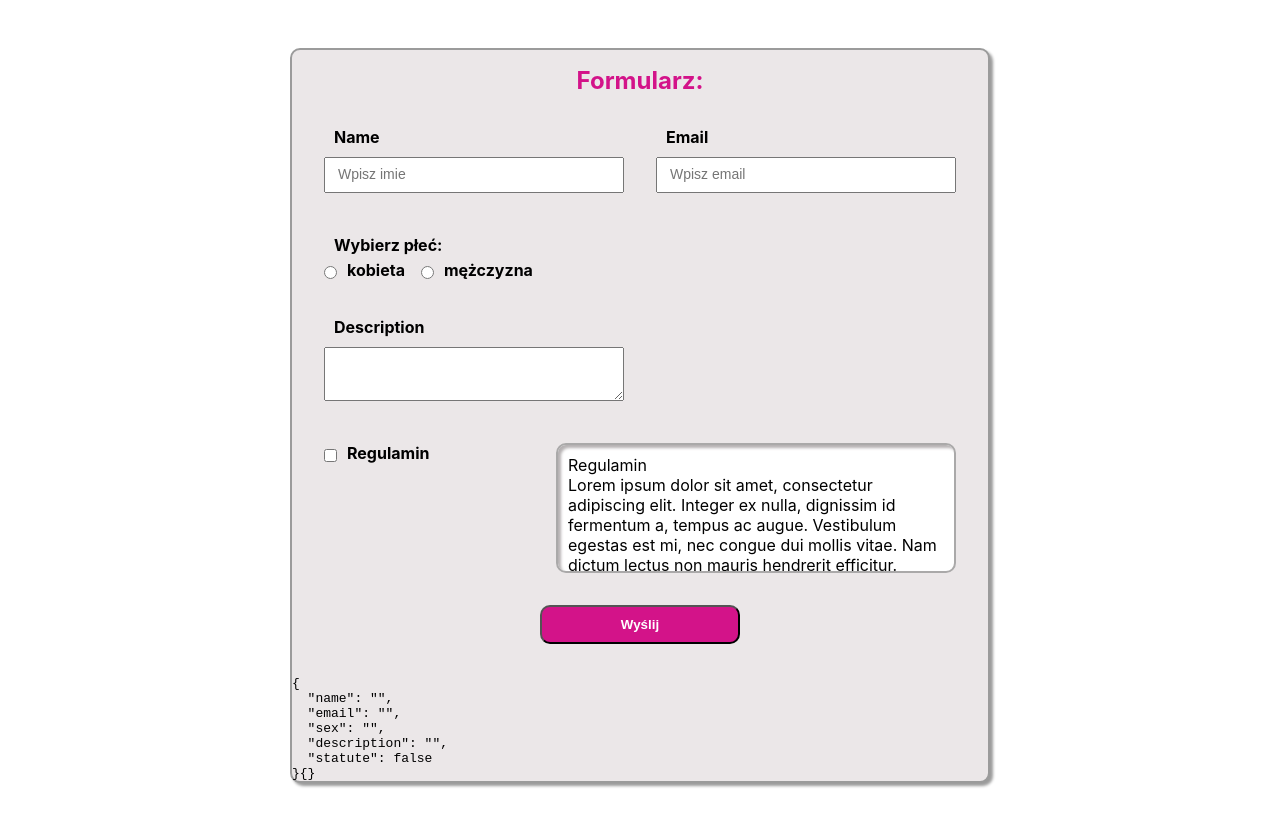
Repository: KrzysKolo/sr_tydzien4_zad3
Page: /
These files come from the project's save history. The page is drawn as it stood at one moment and after the next save; the edit follows.
The browser window is 1280 px wide. The pictures show the whole page.
The project was rebuilt for these pictures with package versions that can differ from the ones it lists, and the page was loaded fresh each time. Also part of the build but not shown: src/components/FormComponents/TextError.js.

Above is the page before, as saved 2020-11-19 14:26:13.

### src/App.js
import React from 'react';
import './App.css';
import FormikContainer from './components/Formik/FormikContainer';
import Header from './components/Header';
const App = () => {
  return (
    <main className="App">
      <Header />
      <FormikContainer />
    </main>
   );
}

export default App;

### src/App.css
* {
  margin: 0;
  padding: 0;
  box-sizing: border-box;
}
.App {
  margin: 3rem auto;
  width: 700px;
  background-color: rgb(235, 231, 232);
  border: 2px solid rgb(155, 155, 155);
  border-radius: 10px;
  box-shadow: 3px 3px 3px rgb(155, 155, 155);
}
.section {
  display: flex;
  flex-direction: row;
  margin: 2rem 2rem;
  justify-content: space-between;
}
label {
  font-weight: bold;
  display: flex;
  margin-bottom: 5px;
  margin-left: 10px;
}
input[type="text"],
input[type="email"],
textarea {
  display: block;
  width: 300px;
  padding: 6px 12px;
  font-size: 14px;
  line-height: 1.4285;
  color: #555;
  margin: 10px 0;
}
.error {
  color: red;
}
.row {
  display: flex;
  flex-direction: row;
  align-items: center;
  margin-right: 1rem;
}
.statute {
  border: 2px solid rgb(170, 169, 169);
  border-radius: 10px;
  box-shadow: inset 3px 3px 3px rgb(181, 177, 178);
  background: #ffffff;
  height: 130px;
  width: 400px;
  padding: 10px;
  overflow: auto;
}
.btn-send {
  background-color: rgba(211, 19, 137, 1);
  border-radius: 10px;
  color: white;
  cursor: pointer;
  font-weight: bold;
  margin: 0 auto;
  padding: 10px;
  width: 200px;
  transition: all 0.3s ease-in-out;
}
.btn-send:hover {
  background-color: rgba(211, 19, 137, 0.5);
}
.header {
  color: rgba(211, 19, 137, 1);
  margin: 1rem auto;
  text-align: center;
  font-weight: bold;
}

### src/components/Formik/FormikContainer.js
import React from 'react';
import { Formik, Form } from 'formik';
import * as yup from 'yup';
import FormikControl from './FormikControl';
import RadioOptions from './../../data/RadioOptions';

const FormikContainer = () => {
    const initialValues = {
        name: '',
        email: '',
        sex: '',
        description: '',
        statute: false,
    }

    const validationSchema = yup.object({
        name: yup.string().required("Imię jest obowiązkowe!").min(2,"Twóje imię musi mieć więcej niż 2 znaki!").max(30,'Twoje imię może mieć maxymalnie 30 znaków!'),
        email: yup.string().required("Email jest wymagany!").email("Adres zawiera błędy"),
        sex: yup.string().required('Zaznacz jedną wartość!'),
        description: yup.string().required('Wpisz kilka słów!').min(2, "Wpisz co najmniej 2 znaki").max(100, "Możesz wpisać max. 250 znaków"),
        statute: yup.boolean().required().oneOf([true], 'Musisz zaznaczyć regulamin!'),
    });

    const onSubmit = values => {console.log('Form data: ', values)};
    return (
        <Formik
            initialValues={initialValues}
            validationSchema={validationSchema}
            onSubmit={onSubmit}
        >
            { ({formik, values, errors}) => (
                <Form className="form-wrapper">
                    <section className="section">
                        <FormikControl control='input' type='text' label='Name' name='name' placeholder="Wpisz imie"/>
                        <FormikControl control='input' type='email' label='Email' name='email' placeholder="Wpisz email"/>
                    </section>
                    <section className="section">
                        <FormikControl control='radio' label='Wybierz płeć: ' name='sex' options={RadioOptions}/>
                    </section>
                    <section className="section">
                        <FormikControl control='textarea' label='Description' name='description'/>
                    </section>
                    <section className="section">
                        <FormikControl control='checkbox' label='Regulamin' name='statute'/>
                        <div className="statute">
                            Regulamin<br/>
                            <p>Lorem ipsum dolor sit amet, consectetur adipiscing elit. Integer ex nulla, dignissim id fermentum a, tempus ac augue. Vestibulum egestas est mi, nec congue dui mollis vitae. Nam dictum lectus non mauris hendrerit efficitur. Donec imperdiet nec nibh et interdum. Fusce ornare consequat sapien. Pellentesque rhoncus tempor vulputate. Aliquam eu diam laoreet, tincidunt nulla ut, dignissim turpis. Aliquam est ante, luctus sed felis et, iaculis sollicitudin tellus. Cras congue tincidunt viverra. Sed vestibulum faucibus lacus, eu dictum lorem porta id. Praesent a placerat ligula. Vestibulum faucibus ornare erat, id elementum est vehicula eu. Nunc pulvinar dolor lacus. Vestibulum dapibus efficitur orci, ac rhoncus augue auctor ut.</p>
                        </div>
                    </section>
                    <section className="section">
                         <button className="btn-send" type="submit">Wyślij</button>
                    </section>
                    <pre>
                        {JSON.stringify(values, null, 2)}
                        {JSON.stringify(errors, null, 2)}

                    </pre>

                </Form>
            )

            }

        </Formik>
    )
}
export default FormikContainer;

### src/components/Header.js
import React from 'react';
const Header = () => {
    return (
        <section className="header">
            <h2>Formularz: </h2>
        </section>
     );
}

export default Header;

### src/components/Formik/FormikControl.js
import { Input, Radio, Checkbox, TextArea } from './../FormComponents/';


const FormikControl = (props) => {
    const { control, ...rest } = props;
    switch(control) {
        case 'input': return <Input {...rest} />
        case 'radio': return <Radio {...rest} />
        case 'textarea': return <TextArea {...rest} />
        case 'checkbox': return <Checkbox {...rest} />
        default: return null
    }
}

export default FormikControl;

### src/data/RadioOptions.js
const RadioOptions=[
    { id: 0, value: "kobieta", label: 'kobieta' },
    { id: 1, value: "mężczyzna", label: 'mężczyzna' },
   ];
export default RadioOptions;

### src/components/FormComponents/index.js
export { default as Input } from "./Input";
export { default as Radio } from "./Radio";
export { default as Checkbox } from "./Checkbox";
export { default as TextArea } from "./TextArea";

### src/components/FormComponents/Input.js
import React from 'react';
import{ Field, ErrorMessage } from 'formik';
import TextError from './TextError';

const Input = (props) => {
    const { label, name, ...rest } = props;
    return (
        <div className="form-control">
             <label htmlFor={name}>{label}</label>
            <Field id={name} name={name} {...rest} />
            <ErrorMessage name={name} component={TextError} />
        </div>
     );
}

export default Input;

### src/components/FormComponents/Radio.js
import React from 'react';
import{ Field, ErrorMessage } from 'formik';
import TextError from './TextError';

const Radio = (props) => {
    const { label, name, options, ...rest } = props;
    return (
        <div className="form-control">
            <label htmlFor={name}>{label}</label>
            <div className="row">
                <Field name={name} {...rest}>
                    {
                    ({ field }) => {
                        return options.map(option => {
                            return (
                                <div className="row" key={option.id} >
                                    <input type='radio' id={option.id} {...field} value={option.value} checked={field.value === option.value}/>
                                    <label htmlFor={option.id}>{option.label}</label>
                                </div>
                            )
                        })
                    }
                    }
                </Field>
            </div>
            <ErrorMessage name={name} component={TextError} />
        </div>
     );
}

export default Radio;

### src/components/FormComponents/Checkbox.js
import React from 'react';
import{ Field, ErrorMessage } from 'formik';
import TextError from './TextError';

const Checkbox = (props) => {
    const { label, name, ...rest } = props;
    return (
        <div className="form-control">
            <div className="row">
                <Field type='checkbox' id={name} name="statute" {...rest}/>
                <label htmlFor={name}>{label}</label>
            </div>
            <ErrorMessage name={name} component={TextError} />
        </div>
     );
}

export default Checkbox;

### src/components/FormComponents/TextArea.js
import React from 'react';
import{ Field, ErrorMessage } from 'formik';
import TextError from './TextError';

const TextArea = (props) => {
    const { label, name, ...rest } = props;
    return (
        <div className="form-control">
            <label htmlFor={name}>{label}</label>
            <Field as ='textarea' id={name} name={name} {...rest} />
            <ErrorMessage name={name} component={TextError} />
        </div>
     );
}

export default TextArea;

Loaded but not shown: public/index.html (common file); src/index.js (common file); src/index.css (common file)

After the next save:
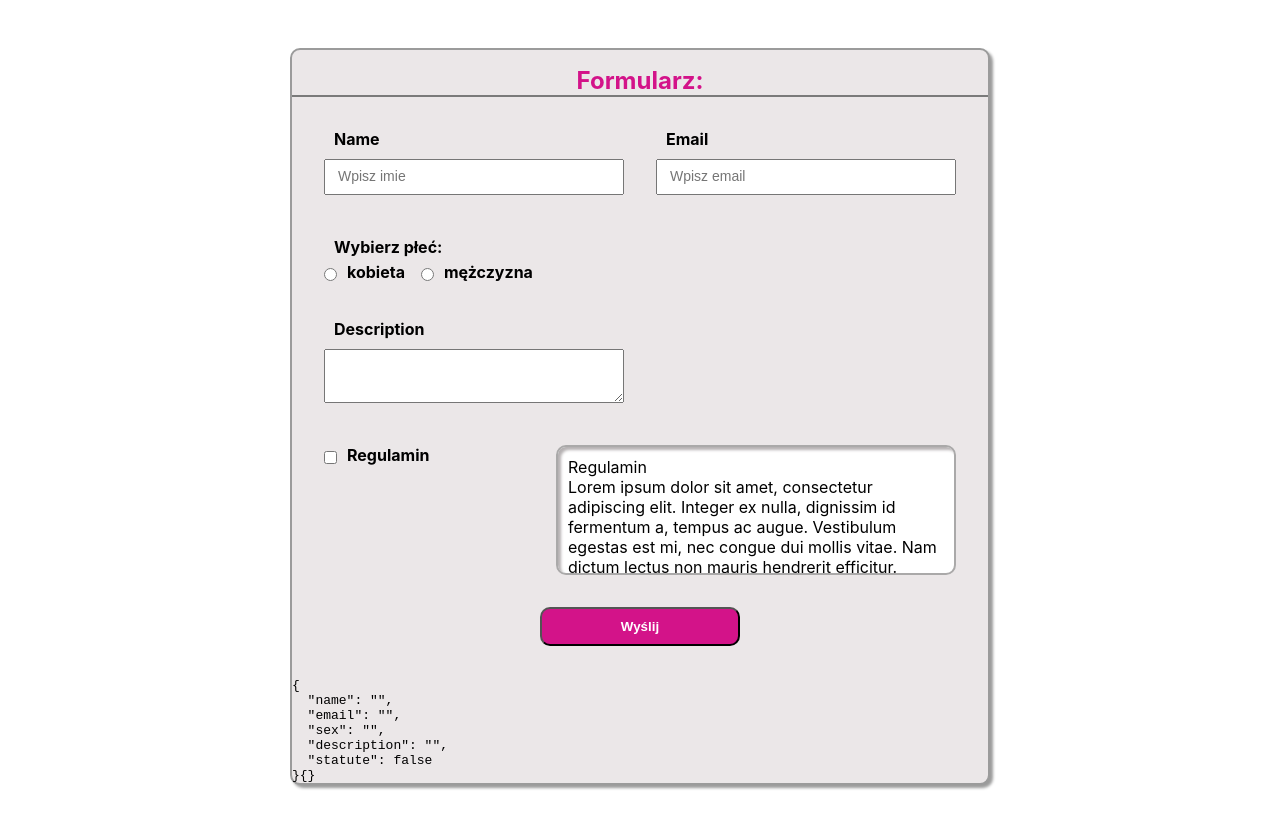
Saved 88 s later.
--- a/src/App.css
+++ b/src/App.css
@@ -72,4 +72,5 @@ textarea {
   margin: 1rem auto;
   text-align: center;
   font-weight: bold;
+  border-bottom: 2px solid #7a7a7a;
 }
